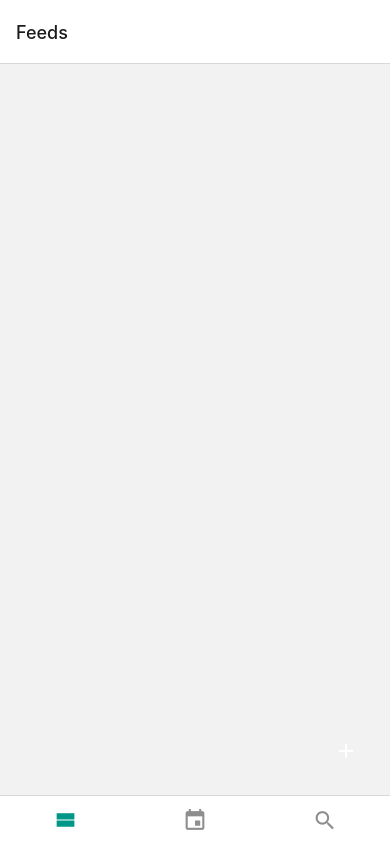
Repository: H-Rn-Study/haebzzang
Screen: / (app in DayLog/)
These files come from the project's save history. The screen is drawn as it stood at one moment and after a run of saves; the edit follows.
The app was drawn by React Native's web renderer in a window 390 px wide. The project was rebuilt for these pictures with package versions that can differ from the ones it lists, and the page was loaded fresh each time. Also part of the build but not shown: DayLog/screens/CalendarScreen.js, DayLog/screens/SearchScreen.js, DayLog/screens/WriteScreen.js.

Above is the screen before, as saved 2022-11-16 15:29:40.

### DayLog/App.js
import React from "react";
import {NavigationContainer} from '@react-navigation/native';
import RootStack from "./screens/RootStack";
import LogContext, {LogContextProvider} from './contexts/LogContext';

function App() {
  return <NavigationContainer>
    <LogContextProvider>
    <RootStack />
    </LogContextProvider>
  </NavigationContainer>;
}

export default App;

### DayLog/screens/RootStack.js
import React from "react";
import { createNativeStackNavigator } from "@react-navigation/native-stack";
import MainTab from "./MainTab";
import WriteScreen from "./WriteScreen";

const Stack = createNativeStackNavigator();

function RootStack() {
    return (
        <Stack.Navigator>
            <Stack.Screen
            name = "MainTab"
            component = {MainTab}
            options = {{headerShown: false}}
            />
            <Stack.Screen name = "Write" component = {WriteScreen} />
        </Stack.Navigator>
    );
}

export default RootStack;

### DayLog/contexts/LogContext.js
import React from 'react';
import { createContext, useState} from "react";

const LogContext = createContext();

export function LogContextProvider({children}) {
    const [text, setText] = useState('');

    return (
        <LogContext.Provider value = {{text, setText}}>
            {children}
        </LogContext.Provider>
    )
}

export default LogContext;

### DayLog/screens/MainTab.js
import React from "react";
import { createBottomTabNavigator } from "@react-navigation/bottom-tabs";
import FeedsScreen from "./FeedsScreen";
import CalendarScreen from "./CalendarScreen";
import SearchScreen from "./SearchScreen";
import Icon from "react-native-vector-icons/MaterialIcons";

const Tab = createBottomTabNavigator();

function MainTab() {
    return (
        <Tab.Navigator
        tabBarOptions = {{
            showLabel: false,
            activeTintColor: '#009688',
        }}>
            <Tab.Screen name = "Feeds" component = {FeedsScreen}
            options = {{
                tabBarIcon: ({color, size}) => (
                    <Icon name = "view-stream" size = {size} color = {color} />
                ),
            }}
            />
            <Tab.Screen name = "Calendar" component = {CalendarScreen}
            options = {{
                tabBarIcon: ({color, size}) => (
                    <Icon name = "event" size = {size} color = {color} />
                    ),
                }}
            />
            <Tab.Screen name = "Search" component = {SearchScreen}
            options = {{
                tabBarIcon: ({color, size}) => (
                    <Icon name = "search" size = {size} color = {color} />
                ),
            }}
            />
        </Tab.Navigator>
    );
}

export default MainTab;

### DayLog/screens/FeedsScreen.js
import React from "react";
import {StyleSheet, View} from 'react-native';
import FloatingWriteButton from "../components/FloatingWriteButton";

function FeedsScreen() {
    return (<View style = {styles.block}>
        <FloatingWriteButton />
    </View>);
}

const styles = StyleSheet.create({
    block: {
        flex: 1,
    },
});

export default FeedsScreen;

### DayLog/components/FloatingWriteButton.js
import React from "react";
import {Platform, Pressable, StyleSheet, View} from 'react-native';
import Icon from 'react-native-vector-icons/MaterialIcons';

function FloatingWriteButton() {
    return (
        <View style = {styles.wrapper}>
            <Pressable
            style = {({pressed}) => [
                styles.button,
                Platform.OS == 'ios' && {
                    opacity: pressed ? 0.6 : 1,
                },
            ]}
            android_ripple = {{color: 'white'}}>
                <Icon name = "add" size = {24} style = {styles.icon} />
            </Pressable>
        </View>
    );
}

const styles = StyleSheet.create({
    wrapper: {
        position:' absolute',
        bottom: 16,
        right: 16,
        width: 56,
        height: 56,
        borderRadius: 28,

        // 안드로이드 전용 그림자 설정
        elevation: 5,

        // 안드로이드에서 물결 효과가 영역 밖으로 나가지 않도록 설정
        overflow: Platform.select({android: 'hidden'}),
    },

    button: {
        width: 56,
        height: 56,
        borderRadius: 28,
        backgroundolor: "#009688",
        justifyContent: 'center',
        alignItems: 'center',
    },

    icon: {
        color: 'white',
    },
});

export default FloatingWriteButton;

After the next 2 saves:
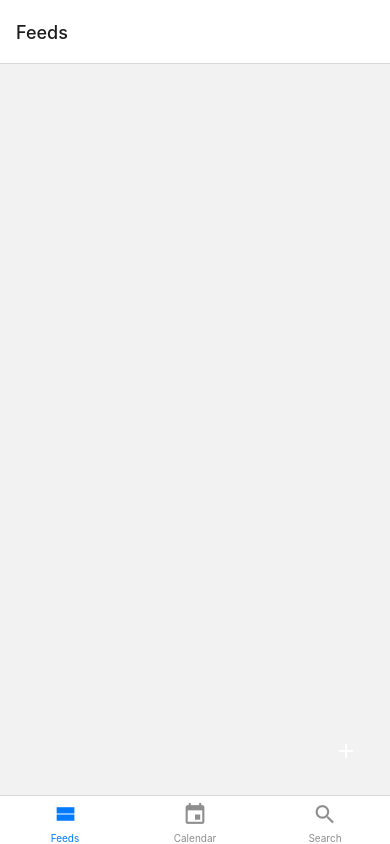
The 2 saves are shown as one change because 1 did not build or start.
The last was saved 2 min 33 s later.
--- a/DayLog/screens/MainTab.js
+++ b/DayLog/screens/MainTab.js
@@ -10,7 +10,7 @@
 function MainTab() {
     return (
         <Tab.Navigator
-        tabBarOptions = {{
+        screenOptions = {{
             showLabel: false,
             activeTintColor: '#009688',
         }}>

After the save that followed:
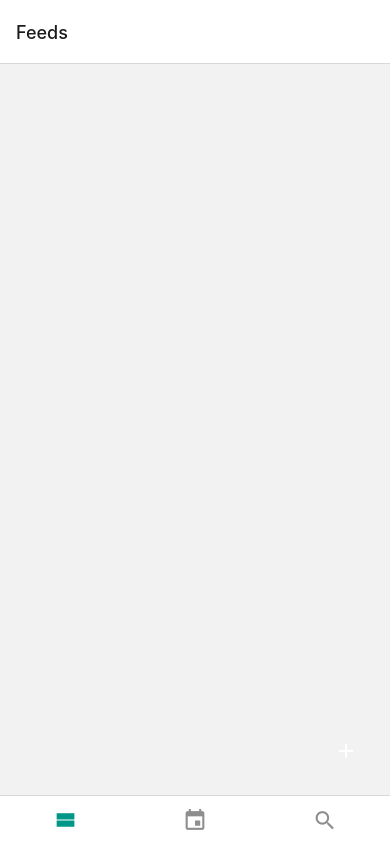
Saved 107 s later.
--- a/DayLog/screens/MainTab.js
+++ b/DayLog/screens/MainTab.js
@@ -11,8 +11,13 @@
     return (
         <Tab.Navigator
         screenOptions = {{
-            showLabel: false,
-            activeTintColor: '#009688',
+            "tabBarActiveTintColor" : "#009688",
+            "tabBarShowLabel" : false,
+            "tabBarStyle" : [
+                {
+                    "display" : "flex"
+                },
+            ]
         }}>
             <Tab.Screen name = "Feeds" component = {FeedsScreen}
             options = {{
